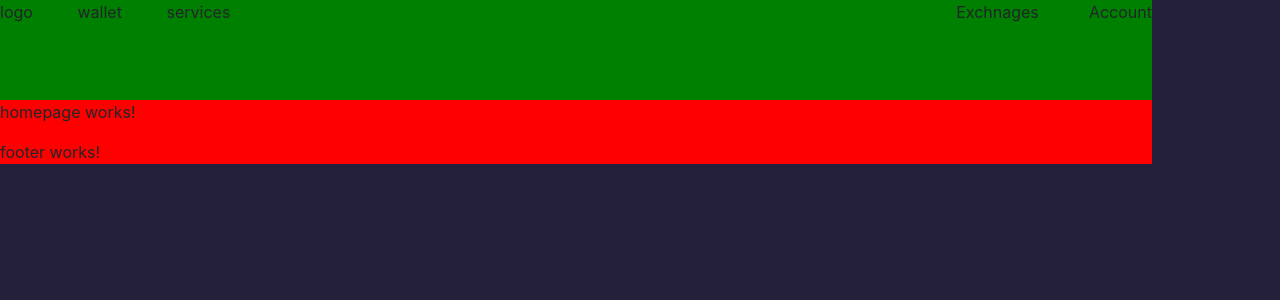
Repository: YuriyBen/Corzbank
Page: / (app in Corzbank.Web/ClientApp/)
These files come from the project's save history. The page is drawn as it stood at one moment and after the next save; the edit follows.
The browser window is 1280 px wide. The pictures show the whole page.
The project was rebuilt for these pictures with package versions that can differ from the ones it lists, and the page was loaded fresh each time. Also part of the build but not shown: Corzbank.Web/ClientApp/angular.json.

Above is the page before, as saved 2022-05-19 18:38:49.

### Corzbank.Web/ClientApp/src/index.html
<!DOCTYPE html>
<html lang="en">
  <head>
    <meta charset="utf-8" />
    <title>Corzbank.Web</title>
    <base href="/" />

    <meta name="viewport" content="width=device-width, initial-scale=1" />
    <link rel="icon" type="image/x-icon" href="favicon.ico" />
  </head>
  <body>
    <app-root>Loading...</app-root>
  </body>
</html>

### Corzbank.Web/ClientApp/src/styles.css
/* You can add global styles to this file, and also import other style files */

/* Provide sufficient contrast against white background */
a {
  color: #0366d6;
}

code {
  color: #e01a76;
}

.btn-primary {
  color: #fff;
  background-color: #1b6ec2;
  border-color: #1861ac;
}
body{
  background-color: #24203A;
}
.main{
  background-color: red;
  padding: 0;
  width: 90%;
}

### Corzbank.Web/ClientApp/src/app/app.module.ts
import { BrowserModule } from '@angular/platform-browser';
import { NgModule } from '@angular/core';
import { FormsModule } from '@angular/forms';
import { HttpClientModule, HTTP_INTERCEPTORS } from '@angular/common/http';
import { RouterModule } from '@angular/router';

import { AppComponent } from './app.component';
import { HomepageComponent } from './homepage/homepage.component';
import { HeaderComponent } from './header/header.component';
import { FooterComponent } from './footer/footer.component';

@NgModule({
  declarations: [
    AppComponent,
    HomepageComponent,
    HeaderComponent,
    FooterComponent
  ],
  imports: [
    BrowserModule.withServerTransition({ appId: 'ng-cli-universal' }),
    HttpClientModule,
    FormsModule,
    RouterModule.forRoot([
      { path: '', component: HomepageComponent, pathMatch: 'full' },
    ])
  ],
  providers: [],
  bootstrap: [AppComponent]
})
export class AppModule { }

### Corzbank.Web/ClientApp/src/app/app.component.html
<body>
  <div class="main">
    <app-header></app-header>
    <router-outlet></router-outlet>
    <div class="container">
    </div>
    <app-footer></app-footer>
  </div>
</body>

### Corzbank.Web/ClientApp/src/app/homepage/homepage.component.html
<p>homepage works!</p>

### Corzbank.Web/ClientApp/src/app/header/header.component.html
<div class="header">
    <div class="left-block">
        <div class="logo">
            <p>logo</p>
        </div>
        <p>wallet</p>
        <p>services</p>
    </div>
    <div class="right-block">
        <p>Exchnages</p>
        <p>Account</p>
    </div>
</div>

### Corzbank.Web/ClientApp/src/app/header/header.component.scss

.header{
    background-color: green;
    height: 100px;
    display: flex;
    justify-content: space-between;
}
.left-block{
    display: flex;
    justify-content: space-between;
    width: 20%;
}
.right-block{
    display: flex;
    justify-content: space-between;
    width: 17%;
}

Loaded but not shown: Corzbank.Web/ClientApp/src/main.ts (common file); Corzbank.Web/ClientApp/src/environments/environment.ts (common file); Corzbank.Web/ClientApp/src/app/app.component.ts (common file); Corzbank.Web/ClientApp/src/app/homepage/homepage.component.ts (common file); Corzbank.Web/ClientApp/src/app/header/header.component.ts (common file); Corzbank.Web/ClientApp/src/app/footer/footer.component.ts (common file); Corzbank.Web/ClientApp/src/app/footer/footer.component.html (common file); Corzbank.Web/ClientApp/src/app/footer/footer.component.scss (no stored copy; drawn as an empty file); Corzbank.Web/ClientApp/src/app/homepage/homepage.component.scss (no stored copy; drawn as an empty file)

After the next save:
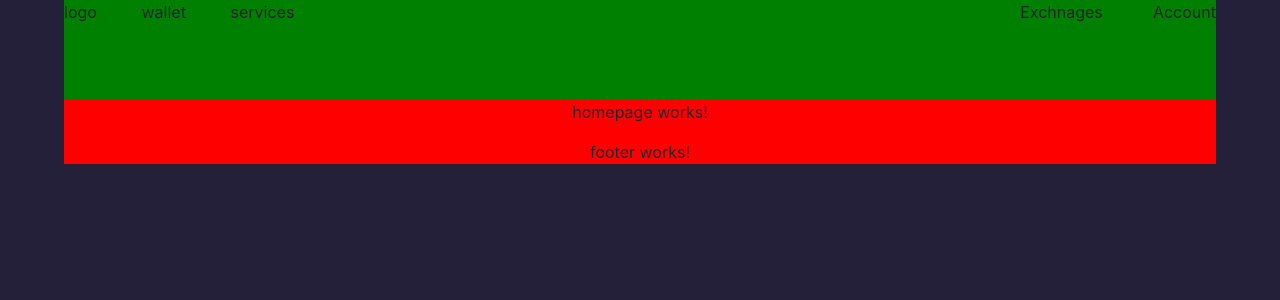
Saved 4 min 42 s later.
--- a/Corzbank.Web/ClientApp/src/styles.css
+++ b/Corzbank.Web/ClientApp/src/styles.css
@@ -15,6 +15,8 @@ code {
   border-color: #1861ac;
 }
 body{
+  display: block;
+  text-align: -webkit-center;
   background-color: #24203A;
 }
 .main{
